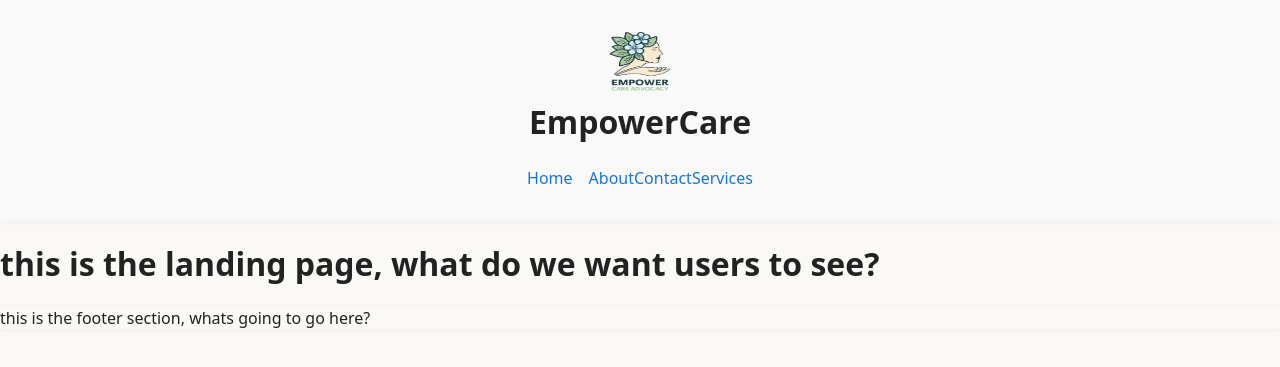
Repository: mcamarco/empowercare
Page: /
An editor plug-in stored every save of this project. The page is shown before and after the next save, followed by the edit.
The browser window is 1280 px wide. The pictures show the whole page.
The project was rebuilt for these pictures with package versions that can differ from the ones it lists, and the page was loaded fresh each time. The framework's server and built-in components were replaced by stand-ins that run in the browser. Also part of the build but not shown: next.config.ts.

Above is the page before, as saved 2025-05-29 12:32:31.

After the next save:
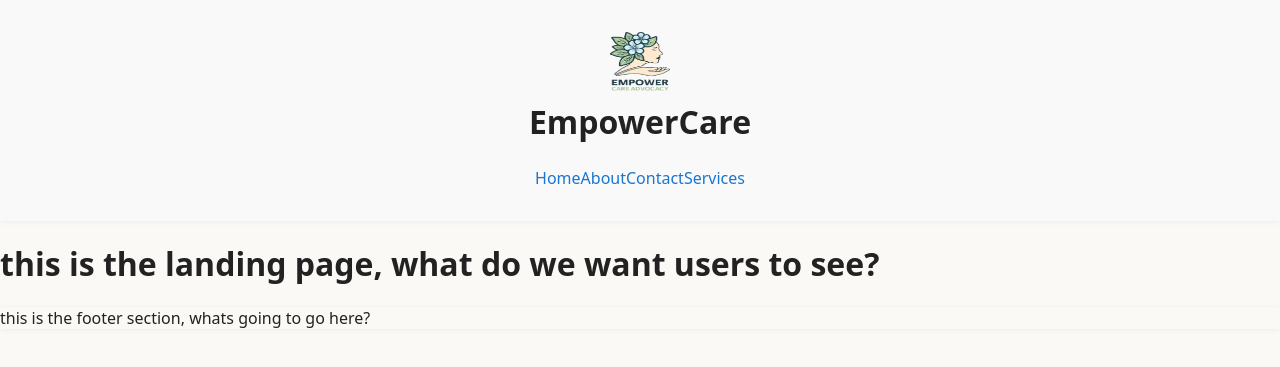
Saved 5 s later.
--- a/src/components/Navigation.tsx
+++ b/src/components/Navigation.tsx
@@ -3,7 +3,7 @@ import Link from "next/link";
 export default function Navigation() {
   return (
     <nav style={{ marginTop: "1rem" }}>
-      <Link href="/" style={{ marginRight: "1rem" }}>Home</Link>
+      <Link href="/">Home</Link>
       <Link href="/about">About</Link>
       <Link href="/contact">Contact</Link>
       <Link href="/services">Services</Link>
